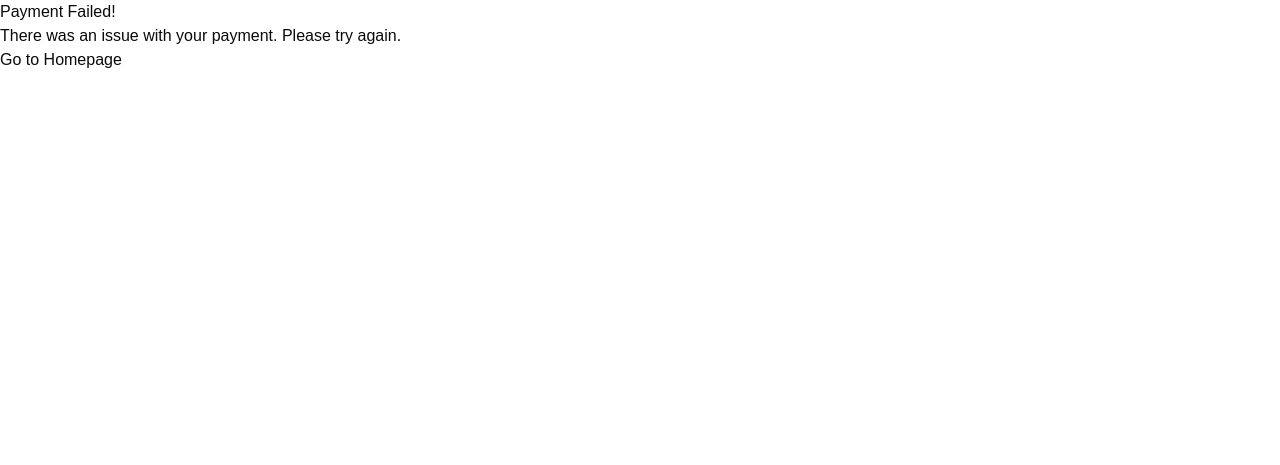
Repository: Dineshbhandari2023/FYP_Fasal_Bajar
Page: /payment-failure (app in Client/)
The author's editor kept a copy of each file at every save. The page is drawn from the files as they stood at one save, then again after the next save.
The browser window is 1280 px wide. The pictures show the whole page.
The page's requests for data from a server got no answer. Some web libraries are served in a nearby version. The project was rebuilt for these pictures with package versions that can differ from the ones it lists, and the page was loaded fresh each time. Some packages were replaced by stand-ins written for this rebuild. No one was signed in, and anything a server would have sent is missing. Also part of the build but not shown: Client/vite.config.js, Client/src/Authentication/logIn.jsx, Client/src/Authentication/register.jsx, Client/src/pages/Sidebar.jsx, Client/src/Farmer/reviewNotifications.jsx, Client/src/pages/Navbar.jsx, Client/src/Farmer/body.jsx, Client/src/Farmer/Dashboard.jsx and 40 more.

Above is the page before, as saved 2025-04-22 14:05:48.

### Client/index.html
<!DOCTYPE html>
<html lang="en">
  <head>
    <meta charset="UTF-8" />
    <link rel="icon" type="image/svg+xml" href="/vite.svg" />
    <meta name="viewport" content="width=device-width, initial-scale=1.0" />
    <title>Vite + React</title>
    <style>
      @import url("https://fonts.googleapis.com/css2?family=Montserrat:ital@0;1&display=swap");
    </style>
    <link
      rel="stylesheet"
      href="https://cdnjs.cloudflare.com/ajax/libs/font-awesome/5.15.0/css/all.min.css"
    />
    <link
      rel="stylesheet"
      href="https://cdn.jsdelivr.net/npm/bootstrap-icons@1.4.1/font/bootstrap-icons.css"
    />
  </head>
  <body>
    <div id="root"></div>
    <script type="module" src="/src/main.jsx"></script>
  </body>
</html>

### Client/src/main.jsx
// import { StrictMode } from "react";
// import { createRoot } from "react-dom/client";
// import "./index.css";
// import App from "./App.jsx";
// import { ToastContainer } from "react-toastify";
// import "react-toastify/ReactToastify.css";
// import { Provider } from "react-redux";
// import store from "./Redux/Store/store.js";
// import socketService from "./services/socketService";

// socketService.initializeSocket(store);
// createRoot(document.getElementById("root")).render(
//   <StrictMode>
//     <Provider store={store}>
//       <ToastContainer
//         position="top-right"
//         autoClose={5000}
//         hideProgressBar={false}
//         newestOnTop={false}
//         closeOnClick
//         rtl={false}
//         pauseOnFocusLoss
//         draggable
//         pauseOnHover
//         theme="light"
//       />
//       <App />
//     </Provider>
//   </StrictMode>
// );

import { StrictMode } from "react";
import { createRoot } from "react-dom/client";
import "./index.css";
import App from "./App.jsx";
import { ToastContainer } from "react-toastify";
import "react-toastify/ReactToastify.css";
import { Provider } from "react-redux";
import store, { persistor } from "./Redux/Store/store.js";
import { PersistGate } from "redux-persist/integration/react";
import socketService from "./services/socketService";

// Initialize any socket services with the store
socketService.initializeSocket(store);

createRoot(document.getElementById("root")).render(
  <StrictMode>
    <Provider store={store}>
      <PersistGate
        loading={null}
        persistor={persistor}
        onBeforeLift={() => {
          // Optionally dispatch setAuthChecked(true)
          store.dispatch({ type: "user/setAuthChecked", payload: true });
        }}
      >
        <ToastContainer
          position="top-right"
          autoClose={5000}
          hideProgressBar={false}
          newestOnTop={false}
          closeOnClick
          rtl={false}
          pauseOnFocusLoss
          draggable
          pauseOnHover
          theme="light"
        />
        <App />
      </PersistGate>
    </Provider>
  </StrictMode>
);

### Client/src/index.css
@tailwind base;
@tailwind components;
@tailwind utilities;

body {
  font-family: Arial, Helvetica, sans-serif;
}

/* Custom Utilities */
@layer utilities {
  .text-balance {
    text-wrap: balance;
  }
  .border-border {
    border-color: hsl(var(--border));
  }
  .bg-background {
    background-color: hsl(var(--background));
  }
  .text-foreground {
    color: hsl(var(--foreground));
  }
}

/* Base Styles and Variables */
@layer base {
  /* Light mode variables */
  :root {
    --background: 0 0% 100%;
    --foreground: 0 0% 3.9%;

    --card: 0 0% 100%;
    --card-foreground: 0 0% 3.9%;

    --popover: 0 0% 100%;
    --popover-foreground: 0 0% 3.9%;

    --primary: 0 0% 9%;
    --primary-foreground: 0 0% 98%;

    --secondary: 0 0% 96.1%;
    --secondary-foreground: 0 0% 9%;

    --muted: 0 0% 96.1%;
    --muted-foreground: 0 0% 45.1%;

    --accent: 0 0% 96.1%;
    --accent-foreground: 0 0% 9%;

    --destructive: 0 84.2% 60.2%;
    --destructive-foreground: 0 0% 98%;

    --border: 0 0% 89.8%;
    --input: 0 0% 89.8%;
    --ring: 0 0% 3.9%;

    --chart-1: 12 76% 61%;
    --chart-2: 173 58% 39%;
    --chart-3: 197 37% 24%;
    --chart-4: 43 74% 66%;
    --chart-5: 27 87% 67%;

    --radius: 0.5rem;

    --sidebar-background: 0 0% 98%;
    --sidebar-foreground: 240 5.3% 26.1%;
    --sidebar-primary: 240 5.9% 10%;
    --sidebar-primary-foreground: 0 0% 98%;
    --sidebar-accent: 240 4.8% 95.9%;
    --sidebar-accent-foreground: 240 5.9% 10%;
    --sidebar-border: 220 13% 91%;
    --sidebar-ring: 217.2 91.2% 59.8%;
  }

  /* Dark mode variables */
  .dark {
    --background: 0 0% 3.9%;
    --foreground: 0 0% 98%;

    --card: 0 0% 3.9%;
    --card-foreground: 0 0% 98%;

    --popover: 0 0% 3.9%;
    --popover-foreground: 0 0% 98%;

    --primary: 0 0% 98%;
    --primary-foreground: 0 0% 9%;

    --secondary: 0 0% 14.9%;
    --secondary-foreground: 0 0% 98%;

    --muted: 0 0% 14.9%;
    --muted-foreground: 0 0% 63.9%;

    --accent: 0 0% 14.9%;
    --accent-foreground: 0 0% 98%;

    --destructive: 0 62.8% 30.6%;
    --destructive-foreground: 0 0% 98%;

    --border: 0 0% 14.9%;
    --input: 0 0% 14.9%;
    --ring: 0 0% 83.1%;

    --chart-1: 220 70% 50%;
    --chart-2: 160 60% 45%;
    --chart-3: 30 80% 55%;
    --chart-4: 280 65% 60%;
    --chart-5: 340 75% 55%;

    --sidebar-background: 240 5.9% 10%;
    --sidebar-foreground: 240 4.8% 95.9%;
    --sidebar-primary: 224.3 76.3% 48%;
    --sidebar-primary-foreground: 0 0% 100%;
    --sidebar-accent: 240 3.7% 15.9%;
    --sidebar-accent-foreground: 240 4.8% 95.9%;
    --sidebar-border: 240 3.7% 15.9%;
    --sidebar-ring: 217.2 91.2% 59.8%;
  }

  /* Global Base Styles */
  * {
    @apply border-border;
  }
  body {
    @apply bg-background text-foreground;
  }
}

### Client/src/App.jsx
// App.jsx
import React, { useEffect } from "react";
import { BrowserRouter as Router, Routes, Route } from "react-router-dom";
import { useDispatch } from "react-redux";
import { login, logout } from "./Redux/slice/userSlice";

import Login from "./Authentication/logIn";
import Register from "./Authentication/register";
import Dashboard from "./Farmer/Dashboard";
import Product from "./Farmer/Product";
import Order from "./Farmer/Order";
import Message from "./pages/Message";
import Settings from "./Farmer/Settings";
import Landing from "./pages/landing";
import ProtectedRoute from "./Routes/ProtectedRoute";
import ProductList from "./Farmer/ProductList";
import UserDashboard from "./UI/UserDashboard";
import BrowsePage from "./browse/page";
import SellPage from "./sell/page";
import OrdersPage from "./orders/page";
import ProfilePage from "./profile/page";
import CartPage from "./cart/page";
import Map from "./map/page";
import Success from "./payment/success";
import Failure from "./payment/paymentFailure";
import PaymentComponent from "./payment/paymentForm";
import FarmerProfile from "./map/farmerProfile";
import MessagesPage from "./chat/messages";
//supplier imports
// import SupplierDashboardPage from "./supplier/pages/DashboardPage";
import SupplierDashboardPage from "./supplier/Tabs/DashboardPage";
import SupplierProfilePage from "./supplier/pages/ProfilePage";
// import SupplierMessagesPage from "./supplier/pages/MessagesPage";
import AnalyticsPage from "./supplier/Tabs/AnalyticsPage";
import DeliveriesPage from "./supplier/Tabs/DeliveriesPage";
import SupplierOrdersPage from "./supplier/Tabs/OrdersPage";
import SupplierMessagesPage from "./supplier/Tabs/MessagesPage";
import SupplierMapPage from "./supplier/Tabs/MapPage";

const App = () => {
  const dispatch = useDispatch();

  // useEffect(() => {
  //   const token = localStorage.getItem("accessToken");
  //   const storedUser = localStorage.getItem("user");

  //   if (token && storedUser) {
  //     dispatch(login({ token, user: JSON.parse(storedUser) }));
  //   } else {
  //     dispatch(logout());
  //   }
  // }, [dispatch]);
  useEffect(() => {
    dispatch({ type: "user/setAuthChecked", payload: true });
  }, []);

  return (
    <Router>
      <Routes>
        {/* Public Routes */}
        <Route path="/" element={<Landing />} />
        <Route path="/login" element={<Login />} />
        <Route path="/register" element={<Register />} />

        {/* Protected Routes */}

        <Route
          path="/farmer-dashboard"
          element={
            <ProtectedRoute>
              <Dashboard />
            </ProtectedRoute>
          }
        />
        <Route
          path="/farmer-product"
          element={
            <ProtectedRoute>
              <Product />
            </ProtectedRoute>
          }
        />
        <Route
          path="/farmer-orders"
          element={
            <ProtectedRoute>
              <Order />
            </ProtectedRoute>
          }
        />
        <Route
          path="/farmer/messages"
          element={
            <ProtectedRoute>
              <Message />
            </ProtectedRoute>
          }
        />
        <Route
          path="/product-list"
          element={
            <ProtectedRoute>
              <ProductList />
            </ProtectedRoute>
          }
        />
        <Route
          path="/settings"
          element={
            <ProtectedRoute>
              <Settings />
            </ProtectedRoute>
          }
        />
        <Route
          path="/user-dashboard"
          element={
            <ProtectedRoute>
              <UserDashboard />
            </ProtectedRoute>
          }
        />

        {/* Browse Routes */}
        <Route
          path="/browse"
          element={
            <ProtectedRoute>
              <BrowsePage />
            </ProtectedRoute>
          }
        />

        <Route
          path="/map"
          element={
            <ProtectedRoute>
              <Map />
            </ProtectedRoute>
          }
        />
        <Route
          path="/messages"
          element={
            <ProtectedRoute>
              <MessagesPage />
            </ProtectedRoute>
          }
        />

        <Route
          path="/farmer/:id"
          element={
            <ProtectedRoute>
              <FarmerProfile />
            </ProtectedRoute>
          }
        />
        {/* Sell Routes */}
        {/* <Route path="/sell" element={<SellPage />} /> */}
        <Route
          path="/sell"
          element={
            <ProtectedRoute>
              <SellPage />
            </ProtectedRoute>
          }
        />
        {/* Orders Routes */}
        {/* <Route path="/orders" element={<OrdersPage />} /> */}
        <Route
          path="/orders"
          element={
            <ProtectedRoute>
              <OrdersPage />
            </ProtectedRoute>
          }
        />
        {/* Profile Routes */}
        {/* <Route path="/profile" element={<ProfilePage />} /> */}
        <Route
          path="/profile"
          element={
            <ProtectedRoute>
              <ProfilePage />
            </ProtectedRoute>
          }
        />
        {/* Cart Routes */}
        {/* <Route path="/cart" element={<CartPage />} /> */}
        <Route
          path="/cart"
          element={
            <ProtectedRoute>
              <CartPage />
            </ProtectedRoute>
          }
        />

        <Route
          path="/supplier/dashboard"
          element={
            <ProtectedRoute>
              <SupplierDashboardPage />
            </ProtectedRoute>
          }
        />

        <Route
          path="/supplier/profile"
          element={
            <ProtectedRoute>
              <SupplierProfilePage />
            </ProtectedRoute>
          }
        />

        <Route
          path="/supplier/orders"
          element={
            <ProtectedRoute>
              <SupplierOrdersPage />
            </ProtectedRoute>
          }
        />
        <Route
          path="/supplier/deliveries"
          element={
            <ProtectedRoute>
              <DeliveriesPage />
            </ProtectedRoute>
          }
        />
        <Route
          path="/supplier/map"
          element={
            <ProtectedRoute>
              <SupplierMapPage />
            </ProtectedRoute>
          }
        />
        <Route
          path="/supplier/messages"
          element={
            <ProtectedRoute>
              <SupplierMessagesPage />
            </ProtectedRoute>
          }
        />
        <Route
          path="/supplier/messages/:contactId"
          element={<SupplierMessagesPage />}
        />
        <Route
          path="/supplier/analytics"
          element={
            <ProtectedRoute>
              <AnalyticsPage />
            </ProtectedRoute>
          }
        />
        <Route
          path="/supplier/settings"
          element={
            <ProtectedRoute>
              <SupplierDashboardPage />
            </ProtectedRoute>
          }
        />
        <Route
          path="/supplier/help"
          element={
            <ProtectedRoute>
              <SupplierDashboardPage />
            </ProtectedRoute>
          }
        />

        <Route path="/payment-success" element={<Success />} />
        <Route path="/payment-failure" element={<Failure />} />
        <Route path="/payment-form" element={<PaymentComponent />} />
      </Routes>
    </Router>
  );
};

export default App;

### Client/src/Redux/Store/store.js
// // store.js
// import { configureStore } from "@reduxjs/toolkit";
// import userReducer from "../slice/userSlice";
// import productsReducer from "../slice/productSlice";
// import ordersReducer from "../slice/orderSlice";
// import paymentReducer from "../slice/paymentSlice";
// import reviewReducer from "../slice/reviewSlice";
// import messageReducer from "../slice/messageSlice";

// const store = configureStore({
//   reducer: {
//     user: userReducer,
//     products: productsReducer,
//     orders: ordersReducer,
//     payment: paymentReducer,
//     review: reviewReducer,
//     messages: messageReducer,
//   },
//   middleware: (getDefaultMiddleware) =>
//     getDefaultMiddleware({
//       serializableCheck: false,
//     }),
//   devTools: process.env.NODE_ENV !== "production",
// });

// export default store;

import { configureStore, combineReducers } from "@reduxjs/toolkit";
import userReducer from "../slice/userSlice";
import productsReducer from "../slice/productSlice";
import ordersReducer from "../slice/orderSlice";
import paymentReducer from "../slice/paymentSlice";
import reviewReducer from "../slice/reviewSlice";
import messageReducer from "../slice/messageSlice";
import supplierReducer from "../slice/supplierSlice";
import { persistStore, persistReducer } from "redux-persist";
import storage from "redux-persist/lib/storage"; // defaults to localStorage for web

// Configure persist with a key and the storage engine
const persistConfig = {
  key: "root",
  storage,
  whitelist: [
    "user",
    "products",
    "orders",
    "payment",
    "review",
    "messages",
    "supplier",
  ], // persist the user slice (adjust as needed)
};

// Combine your reducers into a rootReducer
const rootReducer = combineReducers({
  user: userReducer,
  products: productsReducer,
  orders: ordersReducer,
  payment: paymentReducer,
  review: reviewReducer,
  messages: messageReducer,
  supplier: supplierReducer,
});

// Wrap the rootReducer with persistReducer
const persistedReducer = persistReducer(persistConfig, rootReducer);

const store = configureStore({
  reducer: persistedReducer,
  middleware: (getDefaultMiddleware) =>
    getDefaultMiddleware({
      serializableCheck: false, // Disable serializableCheck for redux-persist related non-serializable items
    }),
  devTools: process.env.NODE_ENV !== "production",
});

// Create the persistor from the store
export const persistor = persistStore(store);
export default store;

### Client/src/services/socketService.js
import { io } from "socket.io-client";
import {
  addSocketReview,
  updateSocketReview,
  deleteSocketReview,
} from "../Redux/slice/reviewSlice";

// Socket.IO service for managing connections and event handlers
class SocketService {
  constructor() {
    this.socket = null;
    this.reviewSocket = null;
    this.store = null;
  }

  // Initialize the main socket connection
  initializeSocket(store) {
    this.store = store;

    const token = localStorage.getItem("accessToken");
    const serverUrl = "http://localhost:8000"; // Hardcode the server URL for now

    // Socket.IO client options
    const socketOptions = {
      auth: { token },
      reconnection: true,
      reconnectionAttempts: 5,
      reconnectionDelay: 1000,
      withCredentials: true,
      transports: ["websocket", "polling"], // Try websocket first, then polling
    };

    console.log("Connecting to Socket.IO server at:", serverUrl);

    this.socket = io(serverUrl, socketOptions);

    this.socket.on("connect", () => {
      console.log("Connected to main socket server with ID:", this.socket.id);
    });

    this.socket.on("connect_error", (error) => {
      console.error("Socket connection error:", error);
      console.error("Socket connection error details:", error.message);
    });

    this.socket.on("disconnect", (reason) => {
      console.log("Disconnected from socket server:", reason);
    });

    // Initialize the reviews namespace
    this.initializeReviewSocket(token, serverUrl);

    return this.socket;
  }

  // Initialize the reviews namespace socket
  initializeReviewSocket(token, serverUrl) {
    // Socket.IO client options for review namespace
    const socketOptions = {
      auth: { token },
      reconnection: true,
      reconnectionAttempts: 5,
      reconnectionDelay: 1000,
      withCredentials: true,
      transports: ["websocket", "polling"], // Try websocket first, then polling
    };

    console.log("Connecting to reviews namespace at:", `${serverUrl}/reviews`);

    this.reviewSocket = io(`${serverUrl}/reviews`, socketOptions);

    this.reviewSocket.on("connect", () => {
      console.log(
        "Connected to reviews socket namespace with ID:",
        this.reviewSocket.id
      );
    });

    this.reviewSocket.on("connect_error", (error) => {
      console.error("Reviews socket connection error:", error);
      console.error("Reviews socket connection error details:", error.message);
    });

    // Set up review event listeners
    this.setupReviewEventListeners();

    return this.reviewSocket;
  }

  // Set up event listeners for review-related events
  setupReviewEventListeners() {
    if (!this.reviewSocket) return;

    this.reviewSocket.on("new_review", (review) => {
      console.log("New review received:", review);
      if (this.store) {
        this.store.dispatch(addSocketReview(review));
      }
    });

    this.reviewSocket.on("update_review", (review) => {
      console.log("Review updated:", review);
      if (this.store) {
        this.store.dispatch(updateSocketReview(review));
      }
    });

    this.reviewSocket.on("delete_review", (reviewId) => {
      console.log("Review deleted:", reviewId);
      if (this.store) {
        this.store.dispatch(deleteSocketReview(reviewId));
      }
    });
  }

  // Join a farmer's review room to receive updates
  joinFarmerReviewRoom(farmerId) {
    if (this.reviewSocket && this.reviewSocket.connected) {
      this.reviewSocket.emit("join_farmer_room", farmerId);
      console.log(`Joined farmer ${farmerId} review room`);
    } else {
      console.warn("Cannot join room: review socket not connected");
    }
  }

  // Leave a farmer's review room
  leaveFarmerReviewRoom(farmerId) {
    if (this.reviewSocket && this.reviewSocket.connected) {
      this.reviewSocket.emit("leave_farmer_room", farmerId);
      console.log(`Left farmer ${farmerId} review room`);
    }
  }

  // Disconnect all sockets
  disconnect() {
    if (this.reviewSocket) {
      this.reviewSocket.disconnect();
    }

    if (this.socket) {
      this.socket.disconnect();
    }
  }
}

// Create a singleton instance
const socketService = new SocketService();
export default socketService;

### Client/src/payment/paymentFailure.jsx
import React from "react";
import { useNavigate } from "react-router-dom";

const Failure = () => {
  const navigate = useNavigate();
  return (
    <div>
      <h1>Payment Failed!</h1>
      <p>There was an issue with your payment. Please try again.</p>
      <button
        onClick={() => navigate("/user-dashboard")}
        className="go-home-button"
      >
        Go to Homepage
      </button>
    </div>
  );
};

export default Failure;

### Client/src/Redux/slice/paymentSlice.js
import { createSlice } from "@reduxjs/toolkit";

const initialState = {
  loading: false,
  paymentUrl: null, // URL to redirect for payment if needed
  paymentStatus: null, // e.g., "Completed", "Pending", "Failed"
  error: null,
};

const paymentSlice = createSlice({
  name: "payment",
  initialState,
  reducers: {
    initiatePaymentRequest(state) {
      state.loading = true;
      state.error = null;
      state.paymentUrl = null;
    },
    initiatePaymentSuccess(state, action) {
      state.loading = false;
      state.paymentUrl = action.payload;
    },
    initiatePaymentFailure(state, action) {
      state.loading = false;
      state.error = action.payload;
    },
    checkPaymentStatusRequest(state) {
      state.loading = true;
      state.error = null;
    },
    checkPaymentStatusSuccess(state, action) {
      state.loading = false;
      state.paymentStatus = action.payload;
    },
    checkPaymentStatusFailure(state, action) {
      state.loading = false;
      state.error = action.payload;
    },
    resetPaymentState(state) {
      state.loading = false;
      state.paymentUrl = null;
      state.paymentStatus = null;
      state.error = null;
    },
  },
});

export const {
  initiatePaymentRequest,
  initiatePaymentSuccess,
  initiatePaymentFailure,
  checkPaymentStatusRequest,
  checkPaymentStatusSuccess,
  checkPaymentStatusFailure,
  resetPaymentState,
} = paymentSlice.actions;

export default paymentSlice.reducer;

### Client/src/Redux/slice/axiosInstance.js
// axiosInstance.js
import axios from "axios";

const instance = axios.create({
  baseURL: "http://localhost:8000",
  withCredentials: true,
});

instance.interceptors.request.use(
  (config) => {
    const token = localStorage.getItem("accessToken");
    if (token) {
      config.headers.Authorization = `Bearer ${token}`;
    }
    return config;
  },
  (error) => Promise.reject(error)
);

// Global response interceptor to catch 401 errors
instance.interceptors.response.use(
  (response) => response,
  (error) => {
    if (error.response && error.response.status === 401) {
      localStorage.removeItem("accessToken");
      window.location.href = "/login"; // redirect user to login if unauthorized
    }
    return Promise.reject(error);
  }
);

export default instance;

Loaded but not shown: Client/tailwind.config.js (common file); Client/src/Redux/slice/orderSlice.js (576 lines, source omitted); Client/src/Redux/slice/supplierSlice.js (469 lines, source omitted); Client/src/Redux/slice/reviewSlice.js (299 lines, source omitted); Client/src/Redux/slice/userSlice.js (314 lines, source omitted); Client/src/Redux/slice/messageSlice.js (233 lines, source omitted); Client/src/Redux/slice/productSlice.js (205 lines, source omitted)

After the next save:
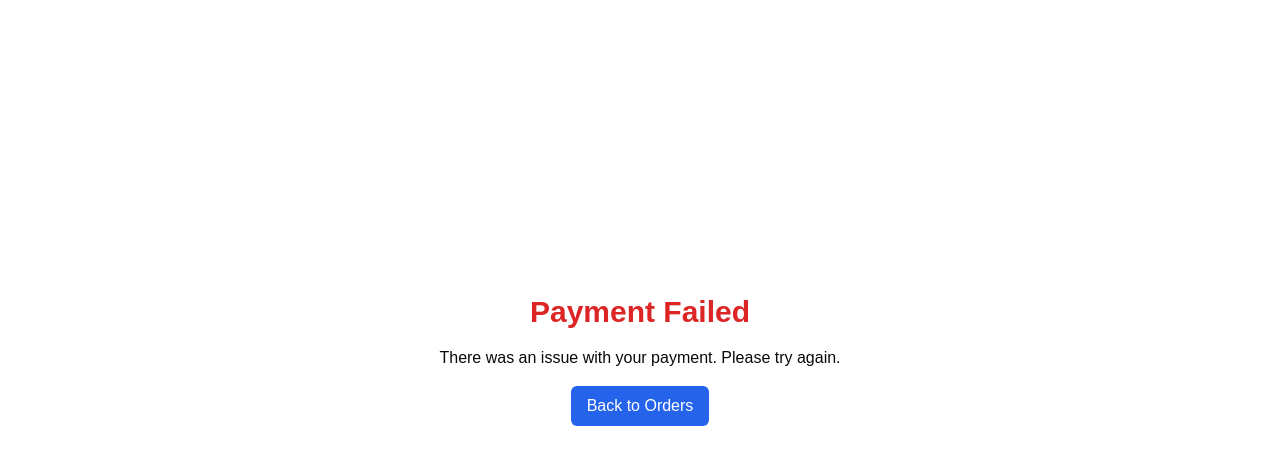
Saved 28 s later.
--- a/Client/src/payment/paymentFailure.jsx
+++ b/Client/src/payment/paymentFailure.jsx
@@ -1,18 +1,22 @@
-import React from "react";
 import { useNavigate } from "react-router-dom";
 
 const Failure = () => {
   const navigate = useNavigate();
+
   return (
-    <div>
-      <h1>Payment Failed!</h1>
-      <p>There was an issue with your payment. Please try again.</p>
-      <button
-        onClick={() => navigate("/user-dashboard")}
-        className="go-home-button"
-      >
-        Go to Homepage
-      </button>
+    <div className="min-h-screen flex items-center justify-center">
+      <div className="text-center">
+        <h1 className="text-3xl font-bold text-red-600 mb-4">Payment Failed</h1>
+        <p className="mb-4">
+          There was an issue with your payment. Please try again.
+        </p>
+        <button
+          onClick={() => navigate("/orders")}
+          className="px-4 py-2 bg-blue-600 text-white rounded-md hover:bg-blue-700"
+        >
+          Back to Orders
+        </button>
+      </div>
     </div>
   );
 };
